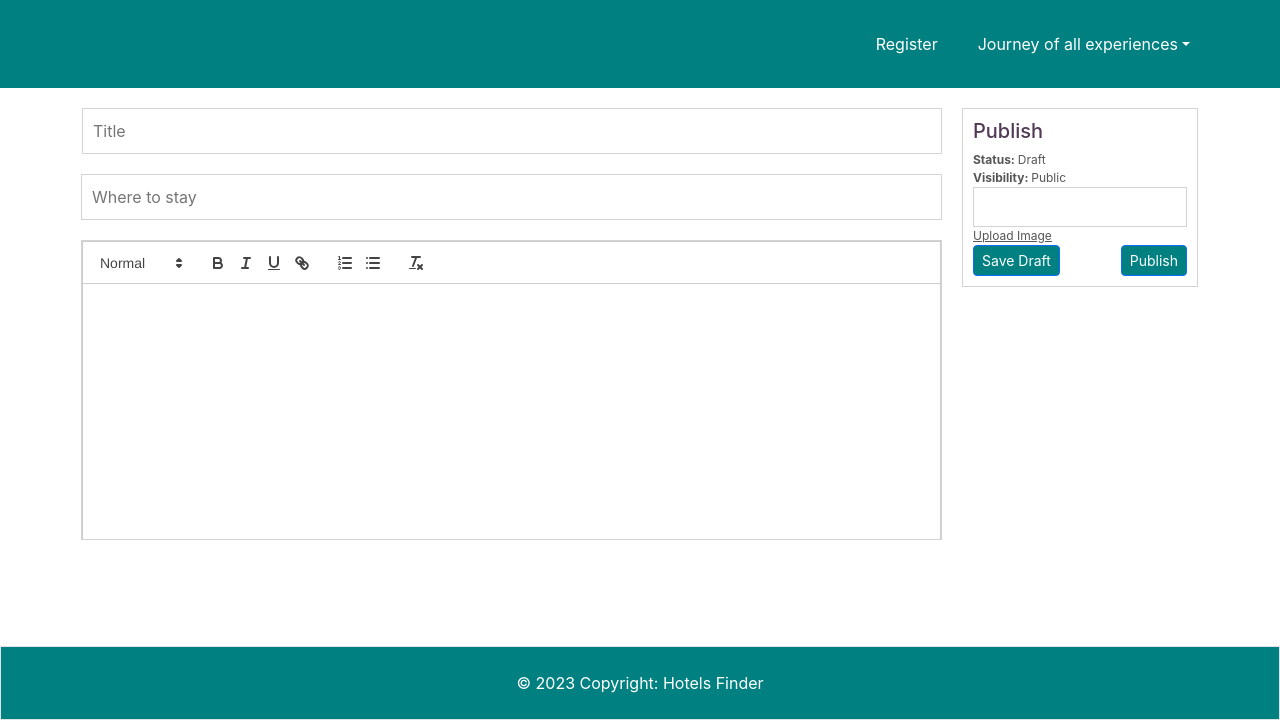
Repository: LolaSL/hotel-finder-and-blog
Page: /create (app in frontend/)
The author's editor kept a copy of each file at every save. The page is drawn from the files as they stood at one save, then again after a run of saves.
The browser window is 1280 px wide. The pictures show the whole page.
The project was rebuilt for these pictures with package versions that can differ from the ones it lists, and the page was loaded fresh each time. Also part of the build but not shown: frontend/src/apis/HotelFinder.js, frontend/src/components/AddHotel.jsx, frontend/src/components/StarRating.jsx, frontend/src/components/HotelList.jsx, frontend/src/pages/Home.jsx, frontend/src/components/Reviews.jsx, frontend/src/components/AddReview.jsx, frontend/src/pages/HotelDetail.jsx and 11 more.

Above is the page before, as saved 2023-02-16 21:46:05.

After the next 4 saves:
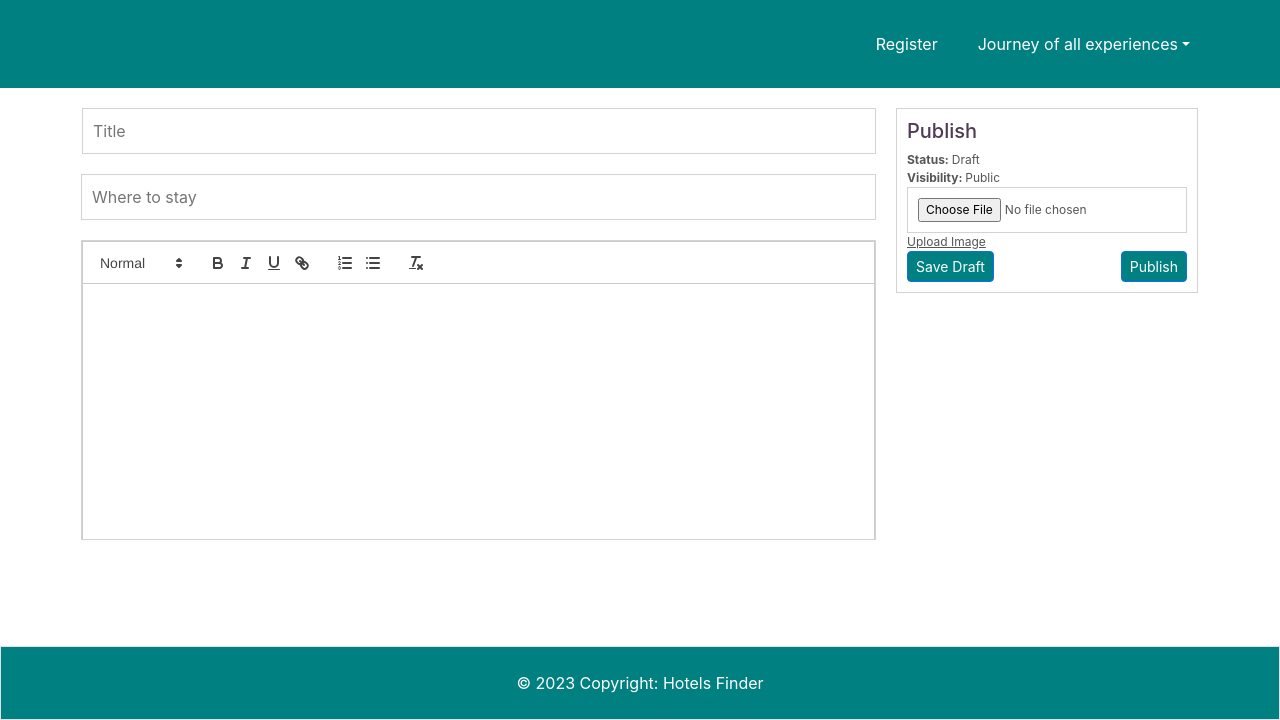
The 4 saves are shown as one change because they came seconds apart.
The last was saved 2 min 22 s later.
--- a/frontend/src/pages/Create.jsx
+++ b/frontend/src/pages/Create.jsx
@@ -110,10 +110,10 @@ const upload = async () => {
             <b>Visibility: </b> Public
           </span>
           <input
-            type="files"
-            id="files"
-            name="files"
-            onChange={(e) => setFiles(e.target.files[0])}
+            type="file"
+            id="file"
+            name="file"
+            onChange={(e) => setFiles(e.target.file[0])}
           />
           <label className="file" htmlFor="file">
             Upload Image
